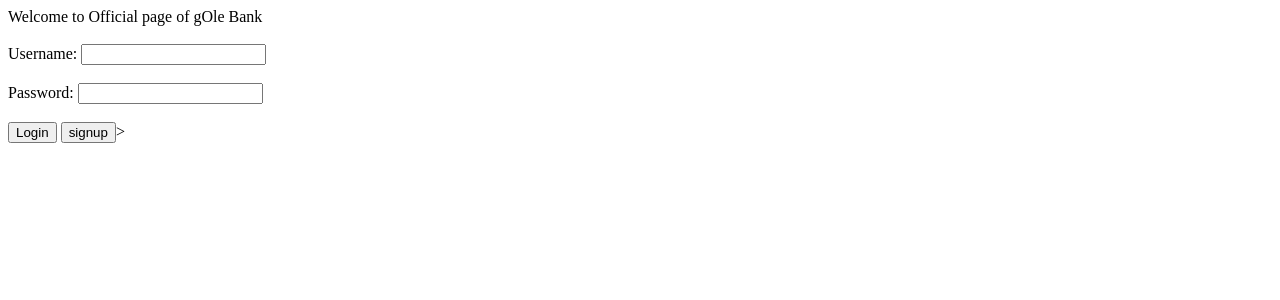
Repository: sandipgole/Myservlet
Page: WebATM/WebContent/login.html
The author's editor kept a copy of each file at every save. The page is drawn from the files as they stood at one save, then again after the next save.
The browser window is 1280 px wide. The pictures show the whole page.

Above is the page before, as saved 2019-06-25 08:48:04.

After the next save:
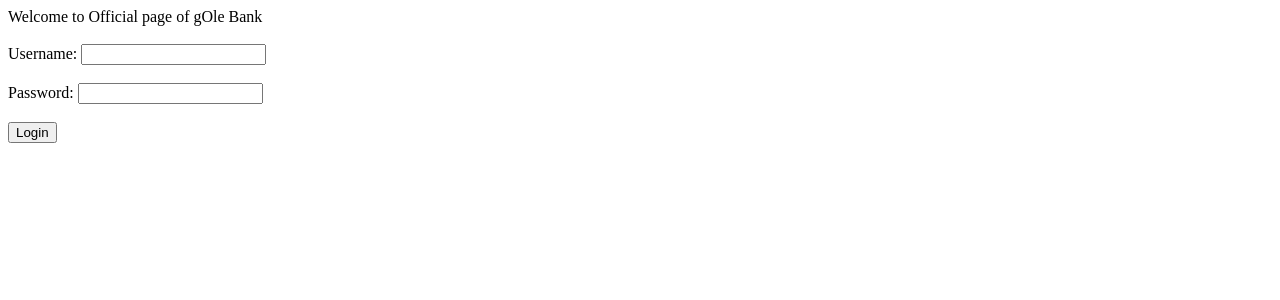
Saved 33 s later.
--- a/WebATM/WebContent/login.html
+++ b/WebATM/WebContent/login.html
@@ -10,7 +10,7 @@
 Username: <input type="text" name="un" required="required"><br><br>
 Password: <input type="password" name="pw" required="required"><br><br>
 <input type="submit" value="Login">
-<input type="button" value="signup" <a href="SignUp.html"></a>>
+ <a href="SignUp.html"></a>
 
 
 </form>

After the save that followed:
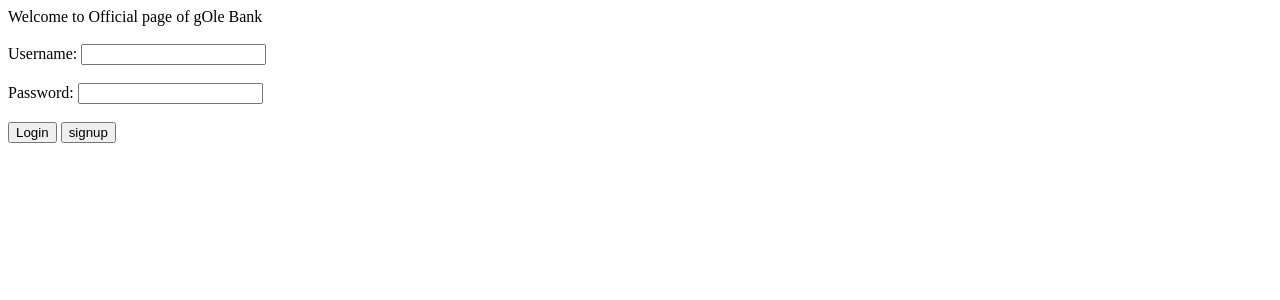
Saved 8 s later.
--- a/WebATM/WebContent/login.html
+++ b/WebATM/WebContent/login.html
@@ -10,7 +10,11 @@
 Username: <input type="text" name="un" required="required"><br><br>
 Password: <input type="password" name="pw" required="required"><br><br>
 <input type="submit" value="Login">
- <a href="SignUp.html"></a>
+ <a href="SignUp.html">
+ <input type="button" value="signup"
+
+
+ </a>
 
 
 </form>
